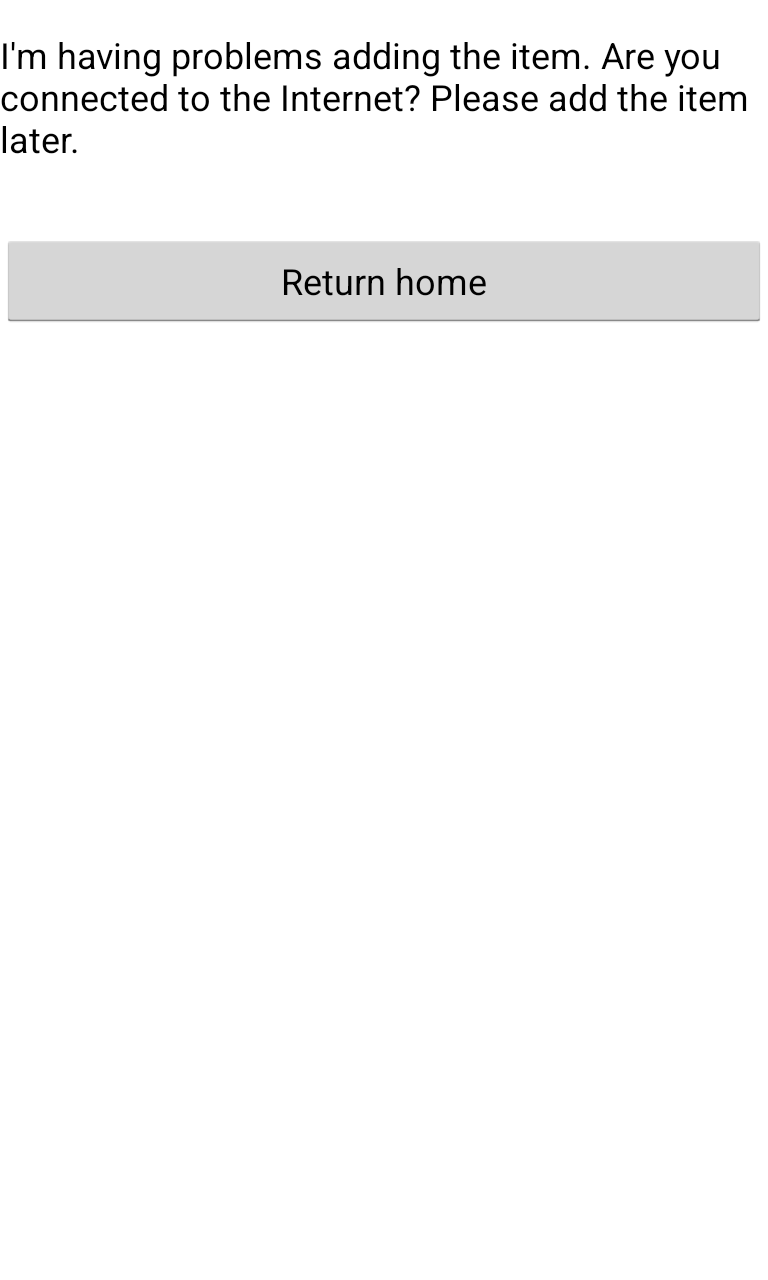
Repository: harvard-lil/wtwba-android-app
Layout: wtwba/res/layout/activity_terminal_error.xml
An editor plug-in stored every save of this project. The layout is shown before and after the next save, followed by the edit.
It is drawn on a 768 x 1280 px phone screen (xhdpi) without system bars, with theme AppTheme; the app's code is not run.

Above is the layout before, as saved 2013-03-20 19:04:45.

### wtwba/res/layout/activity_terminal_error.xml
<?xml version="1.0" encoding="utf-8"?>
<LinearLayout xmlns:android="http://schemas.android.com/apk/res/android"
    android:layout_width="fill_parent"
    android:layout_height="fill_parent"
    android:layout_margin="15dip"
    android:orientation="vertical" >

    <TextView
        android:layout_width="fill_parent"
        android:layout_height="wrap_content"
        android:layout_marginTop="15dip"
        android:layout_marginBottom="35dip"
        android:text="@string/terminal_error"
        android:textAppearance="?android:attr/textAppearanceMedium"
         />

	<LinearLayout
	    android:layout_width="fill_parent"
	    android:layout_height="wrap_content"
	    android:orientation="horizontal" >

	    <Button
	        android:layout_width="wrap_content"
	        android:layout_height="wrap_content"
	        android:layout_weight="1.0"
	        android:text="@string/button_item_confrim"
	        android:onClick="return_home"
	        />
    </LinearLayout>
</LinearLayout>

### wtwba/res/values/strings.xml
<?xml version="1.0" encoding="utf-8"?>
<resources>

    <string name="app_name">wtwba</string>
    <string name="main_activity_title">Where the Wild Books Are</string>
    <string name="activity_item_details_title">Wild Books</string>
    <string name="activity_scan_title">Wild Books</string>
    <string name="activity_manage_user_title">Manage user key</string>
    <string name="activity_type_barcode_title">Add item using fingers</string>
    <string name="activity_location_title">Select your current location</string>
    <string name="item_found_title">Yeehaw! We added your item</string>
    <string name="scan_error_title">Something went wrong</string>
    <string name="terminal_error">I\'m having problems adding the item. Are you connected to the Internet? Please add the item later.</string>
    <string name="user_name_box_label">Enter your assigned user key</string>
    <string name="edit_message">Enter a message</string>
    <string name="loading_message">Loading</string>


    <string name="button_confirm_delete">Delete from list</string>
    <string name="button_scan_item">Scan barcode</string>
    <string name="button_key_item">Type barcode</string>
    <string name="activity_delete_title">Delete from list</string>

    <string name="button_scan">Scan</string>
    <string name="button_type">Find item</string>
    <string name="button_item_confrim">Return home</string>
    <string name="button_add">Add to list</string>
    <string name="button_save_user_name">Save user key</string>
    <string name="menu_settings">Settings</string>
    <string name="scan_error">Something went wrong when when I tried to add the item. Sorry. Can you give it a try again?</string>
    <string name="title_activity_main">MainActivity</string>
    <string name="type_barcode_instructions">Type the barcode number, spaces optional</string>
    <string name="hello_world">Hello world!</string>
    <string name="title_holder">Sample Title Here</string>
    <string name="connection_error">Unable to connect to network</string>
    <string name="title_activity_display_message">DisplayMessageActivity</string>
    <string name="empty_list">You haven\'t added any items.</string>

</resources>

Loaded but not shown: wtwba/res/values-v11/styles.xml (common file); wtwba/res/values-v14/styles.xml (common file); wtwba/res/values/styles.xml (common file)

After the next save:
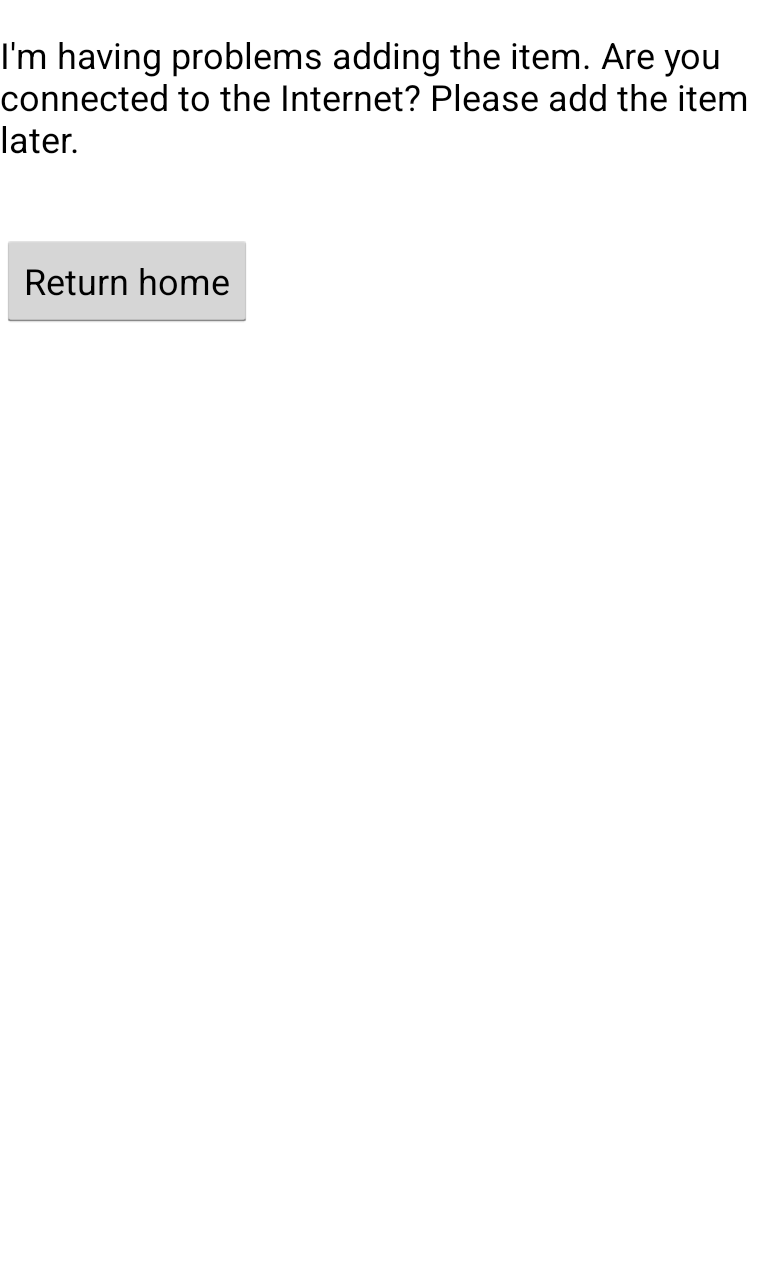
Saved 4 s later.
--- a/wtwba/res/layout/activity_terminal_error.xml
+++ b/wtwba/res/layout/activity_terminal_error.xml
@@ -22,7 +22,6 @@
 	    <Button
 	        android:layout_width="wrap_content"
 	        android:layout_height="wrap_content"
-	        android:layout_weight="1.0"
 	        android:text="@string/button_item_confrim"
 	        android:onClick="return_home"
 	        />
